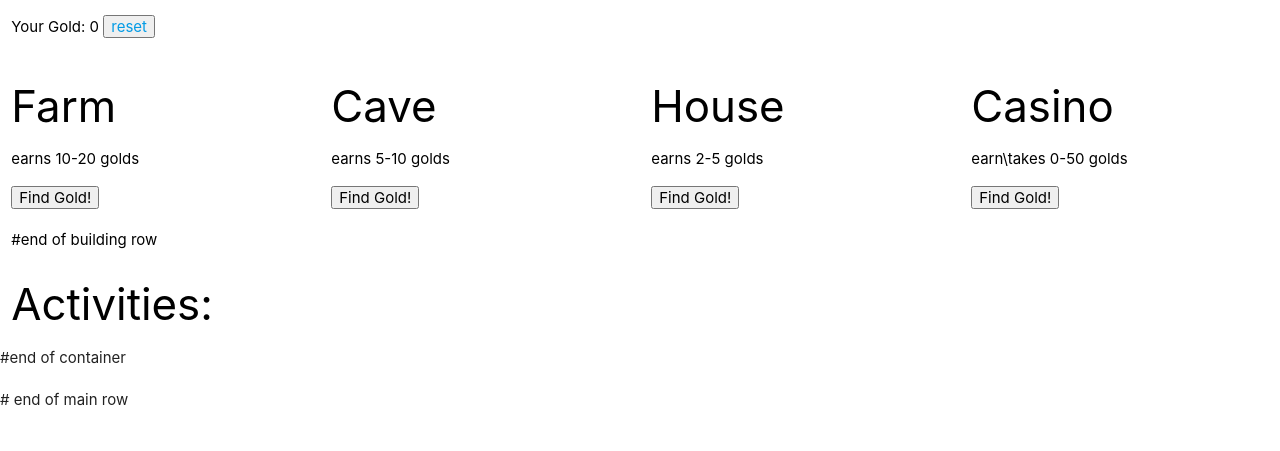
Repository: bvnger/Ninja_gold_flask
Page: http://localhost/
The author's editor kept a copy of each file at every save. The page is drawn from the files as they stood at one save, then again after the next save.
The browser window is 1280 px wide. The pictures show the whole page.
The page is served by the project's application, run on Flask 3 (server.py).

Above is the page before, as saved 2019-11-04 14:24:14.

### templates/index.html
<!DOCTYPE html>
<html lang="en" dir="ltr">
  <head>
    <meta charset="utf-8">
    <title></title>
     <!--Import Google Icon Font-->
     <link href="https://fonts.googleapis.com/icon?family=Material+Icons" rel="stylesheet">
     <!--Import materialize.css-->
     <link type="text/css" rel="stylesheet" href="https://cdnjs.cloudflare.com/ajax/libs/materialize/1.0.0/css/materialize.css"  media="screen,projection"/>
     <!-- https://cdnjs.cloudflare.com/ajax/libs/materialize/1.0.0/css/materialize.css -->
  </head>
<body>
<div class="row">
<div class ="col s12">
    <div class ="card-content black-text">
        <div  action ="/process">
            <div class ="top">
            <p>Your Gold: {{session['gold']}}
            <button>
            <a href="/reset" > reset</a> </button>
            </div>
            <!-- ########################             -->
        </div>
<div class ="mid"> <!--#start of buildings-->
<div class="row">

<form class="col s3" action="/process" method="POST">
    <h3>Farm</h3>
    <p>earns 10-20 golds</p>
    <input type="hidden" name="building"  value="farm"></input>
    <button type="submit">Find Gold!</button>
</form>
<form class="col s3" action="/process" method="POST">
    <h3>Cave</h3>
    <p>earns 5-10 golds</p>
    <input type="hidden" name="building"  value="cave"></input>
    <button type="submit">Find Gold!</button>
</form>
<form class="col s3" action="/process" method="POST">
    <h3>House</h3>
    <p>earns 2-5 golds</p>
    <input type="hidden" name="building"  value="house"></input>
    <button type="submit">Find Gold!</button>
</form>
<form class="col s3" action="/process" method="POST">
    <h3>Casino</h3>
    <p>earn\takes 0-50 golds</p>
    <input type="hidden" name="building"  value="casino"></input>
    <button type="submit">Find Gold!</button>
</form>
</div> #end of building row
        </div>
        <div class ="bot">
            <table>
            <h3>Activities:</h3>
            <ul class="bottom" name ="activities" value="log" class="activities">
                {% for activity in session.activities %}
                <li name="activities"  class="log" >{{activity}}
                </li>
                {% endfor %}
            </ul>

            </table>
        </div>
    </div>
</div> #end of container
</div> # end of main row

 <!--JavaScript at end of body for optimized loading-->
<script type="text/javascript" src="https://cdnjs.cloudflare.com/ajax/libs/materialize/1.0.0/js/materialize.js"></script>
</body>
</html>

### server.py
from flask import Flask, render_template, request, redirect, session
from datetime import datetime
import random
app = Flask(__name__)
app.secret_key="qwertyuiop"

@app.route('/')
def hello_world():
    gold ="gold"
    if "gold" not in session:
        session["gold"]= 0
    if "counter" not in session:
        session["counter"]=0
    if "activities" not in session:
        session["activities"]=[]
    return render_template("index.html")

@app.route("/process", methods=["POST"])

def processgold():
    date_time = datetime.now()
    print(session)
    print(request.form)
    if request.form["building"] == "farm":
            place = "farm"
            gold = random.randint(10,20)
            session["gold"]+= gold
            session['counter'] += 1
            message = f"You have visited {place} and gained {gold} gold! {date_time}"
            session['activities'].insert(0,message)
            return redirect('/')
    if request.form["building"] == "cave":
        place =  "cave"
        gold = random.randint(5,10)
        session['gold']+= gold
        session['counter'] += 1
        message = f"You have visited {place} and gained {gold} gold! {date_time}"
        session['activities'].insert(0,message)
        return redirect('/')
    if request.form["building"] == "house":
        place = "house"
        gold =random.randint(2,5)
        session['gold']+= gold
        session['counter'] += 1
        message = f"You have visited {place} and gained {gold} gold! {date_time}"
        session['activities'].insert(0,message)
        return redirect('/')
    if request.form["building"] == "casino":
        place = "casino"
        gold = random.randint(0,100) -50
        session['gold']+= gold
        session['counter'] += 1
        message = f"You have visited {place} and gained {gold} gold! {date_time}"
        session['activities'].insert(0,message)
        return redirect('/')
    return redirect('/')

@app.route('/reset')
def reset():
    session.clear()
    return redirect('/')

def edit(request):
    if request.method =="POST":
        request.session.clear()
    return render('/edit.html')


if __name__=="__main__":
    app.run(debug=True)

After the next save:
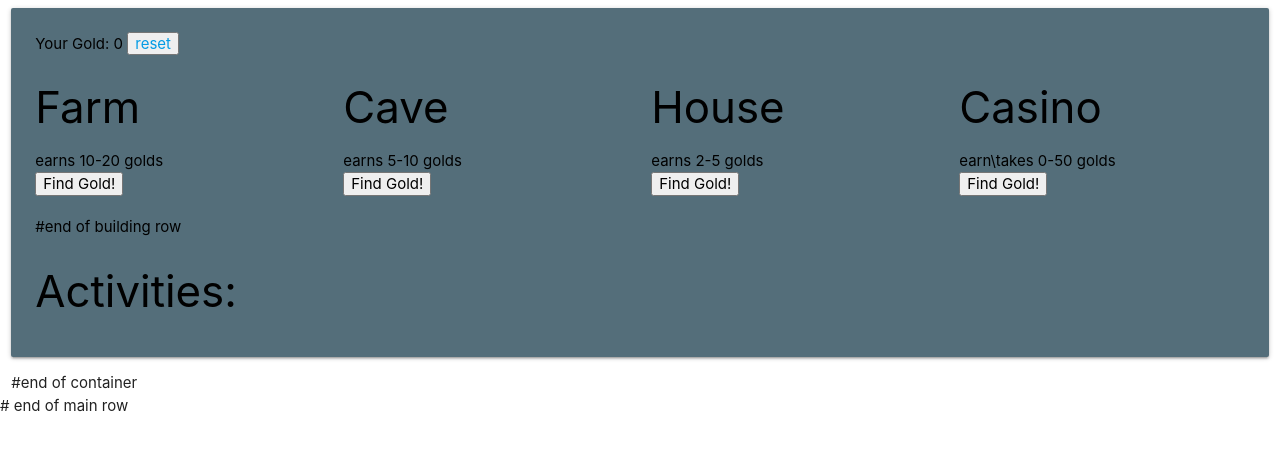
Saved 32 s later.
--- a/templates/index.html
+++ b/templates/index.html
@@ -12,6 +12,7 @@
 <body>
 <div class="row">
 <div class ="col s12">
+    <div class="card blue-grey darken-1">
     <div class ="card-content black-text">
         <div  action ="/process">
             <div class ="top">
